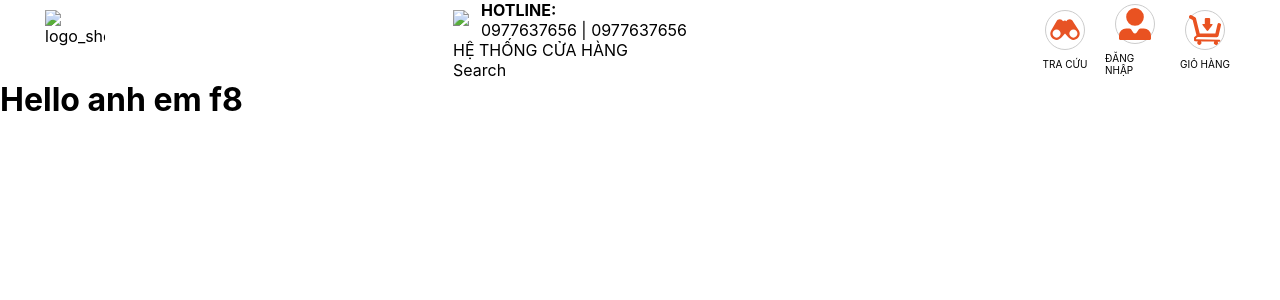
Repository: manhhieu120499/BadmintonShop
Page: /
The author's editor kept a copy of each file at every save. The page is drawn from the files as they stood at one save, then again after the next save.
The browser window is 1280 px wide. The pictures show the whole page.
The project was rebuilt for these pictures with package versions that can differ from the ones it lists, and the page was loaded fresh each time.

Above is the page before, as saved 2024-08-19 10:49:19.

After the next save:
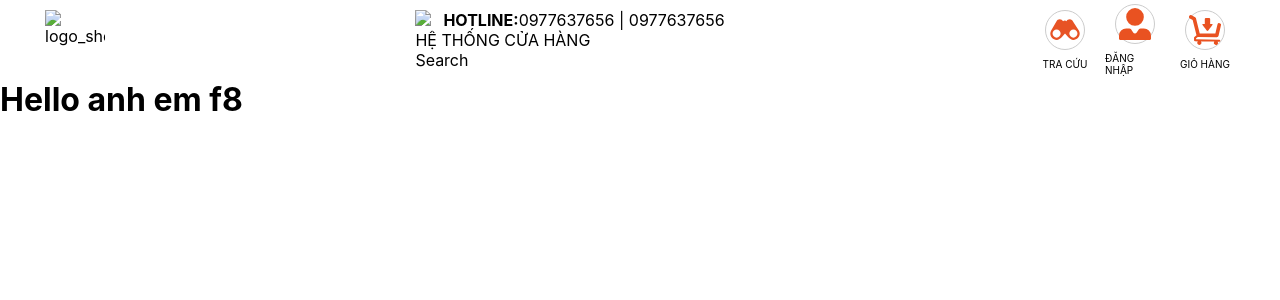
Saved 27 s later.
--- a/src/layouts/components/Header/Header.module.scss
+++ b/src/layouts/components/Header/Header.module.scss
@@ -18,6 +18,10 @@
 	align-items: center;
 }
 
+.contact {
+	display: flex;
+}
+
 .contact_title {
 	font-weight: bold;
 }
